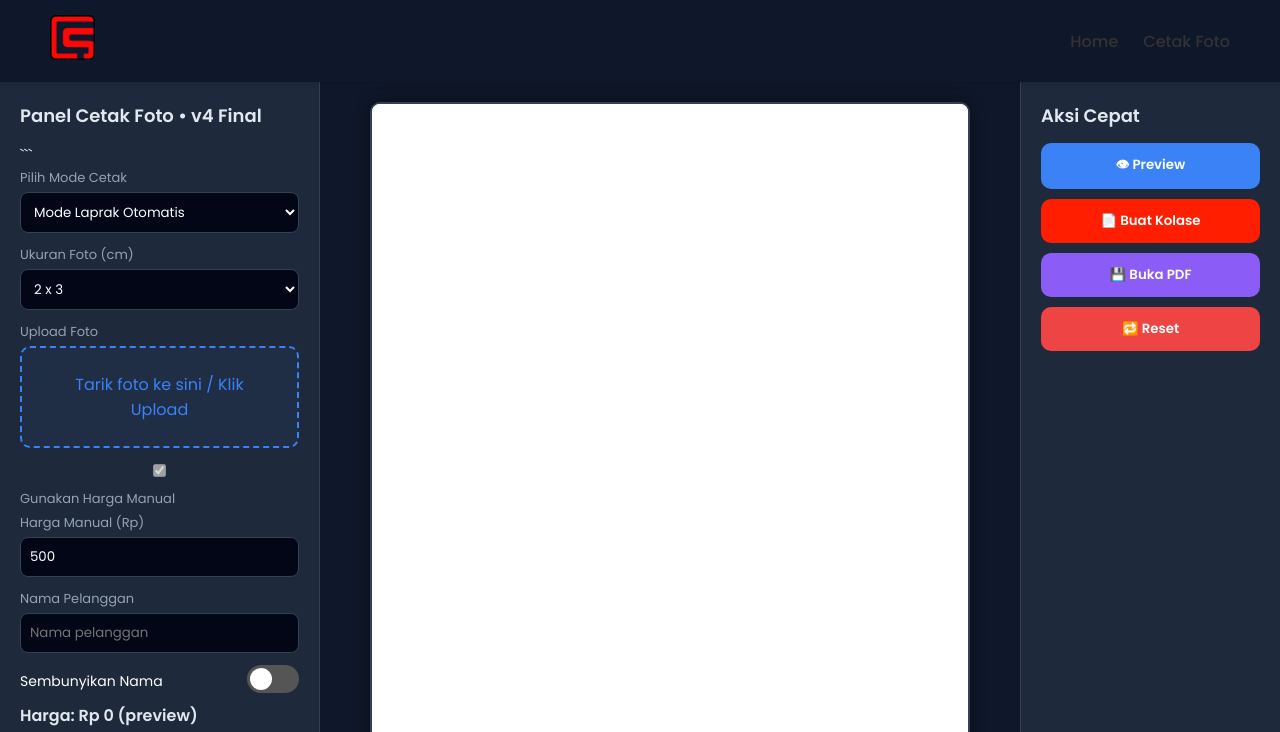
Repository: procinema22/hiisedulurfc
Page: cetakfoto.html
The author's editor kept a copy of each file at every save. The page is drawn from the files as they stood at one save, then again after the next save.
The browser window is 1280 px wide. The pictures show the whole page.
An inner scrolling area shows only its first screen.

Above is the page before, as saved 2026-04-27 22:15:14.

### cetakfoto.html
<!DOCTYPE html>

<html lang="id">
<head>
<meta charset="UTF-8">
<meta name="viewport" content="width=device-width, initial-scale=1.0">
<title>SEDULUR FOTO COPY – Cetak Foto</title>
<link rel="icon" type="image/png" href="img/loggo/sdlr.png">
<link href="https://fonts.googleapis.com/css2?family=Poppins:wght@400;500;600;700&display=swap" rel="stylesheet">
<link rel="stylesheet" href="css/cetak.css">
<script src="https://cdn.jsdelivr.net/npm/exif-js"></script>
<script src="https://cdnjs.cloudflare.com/ajax/libs/jspdf/2.5.1/jspdf.umd.min.js"></script>
</head>
<body>
<header>
  <div class="logo"><a href="index.html"><img src="img/loggo/sdlr.png" alt="Sedulur Foto Copy"></a></div>
  <nav>
    <ul>
      <li><a href="index.html">Home</a></li>
      <li><a href="cetakfoto.html" class="active">Cetak Foto</a></li>
    </ul>
  </nav>
</header>
<div class="layout">
  <aside class="left-panel">
    <h2 class="section-title">Panel Cetak Foto • v4 Final</h2>

```
<label>Pilih Mode Cetak</label>
<select id="modeSelect">
  <option value="normal">Mode Laprak Otomatis</option>
  <option value="perfoto">Mode Pas Foto</option>
  <option value="circle">Mode Lingkaran</option>
</select>

<div id="circleControls" style="display:none;">
  <label>Diameter Lingkaran (cm)</label>
  <input id="circleDiameter" type="number" value="4">
</div>

<label>Ukuran Foto (cm)</label>
<select id="sizeSelect">
  <option value="2x3">2 x 3</option>
  <option value="3x4">3 x 4</option>
  <option value="4x6">4 x 6</option>
  <option value="5x5">5 x 5</option>
  <option value="6x9">6 x 9</option>
  <option value="10x15">10 x 15</option>
  <option value="custom">Custom</option>
</select>

<div id="customSize" style="display:none; gap:10px;">
  <input id="customW" type="number" placeholder="Lebar (cm)">
  <input id="customH" type="number" placeholder="Tinggi (cm)">
</div>

<label>Upload Foto</label>
<div id="dropArea" class="drop-area">Tarik foto ke sini / Klik Upload</div>
<input id="upload" type="file" multiple accept="image/*" hidden>

<label class="inline-check"><input type="checkbox" id="manualHargaCheckbox"> Gunakan Harga Manual</label>

<div id="manualHargaBox" style="display:none;">
  <label>Harga Manual (Rp)</label>
  <input id="manualHargaInput" type="number" value="500" min="500" step="500">
</div>

<label>Nama Pelanggan</label>
<input id="userName" type="text" placeholder="Nama pelanggan">


<div class="switch-wrap">
  <span>Sembunyikan Nama</span>
  <label class="switch">
    <input type="checkbox" id="hideInfo">
    <span class="slider"></span>
  </label>
</div>

<div class="price" id="priceDisplay">Harga: Rp 0</div>
<div id="batchList"></div>

<div class="accordion">

  <button type="button" class="accordion-btn" onclick="toggleMargin()">
    Margin Kertas ▼
  </button>

  <div id="marginSection" class="accordion-content">

    <label>Margin Atas (mm)</label>
    <input id="marginTop" type="number" value="5">

    <label>Margin Bawah (mm)</label>
    <input id="marginBottom" type="number" value="5">

    <label>Margin Kiri (mm)</label>
    <input id="marginLeft" type="number" value="5">

    <label>Margin Kanan (mm)</label>
    <input id="marginRight" type="number" value="5">

    <label>Gap antar foto (px)</label>
    <input id="gap" type="number" value="5">

  </div>

</div>




<label class="inline-check"><input type="checkbox" checked disabled> Hubungi admin untuk menghilangkan watermark</label>
```

  </aside>

  <section class="center-panel">
    <canvas id="canvas" width="1240" height="1754"></canvas>
    <div class="page-nav" id="pageNav" style="display:none;">
      <button id="prevPage">⬅</button>
      <div id="pageIndicator">Halaman 1 / 1</div>
      <button id="nextPage">➡</button>
    </div>
  </section>

  <aside class="right-panel">
    <h2 class="section-title">Aksi Cepat</h2>
    <button id="previewBtn" class="btn blue">👁 Preview</button>
    <button id="generateBtn" class="btn green">📄 Buat Kolase</button>
    <button id="downloadPdf" class="btn purple">💾 Buka PDF</button>
    <button id="reset" class="btn red">🔁 Reset</button>
  </aside>
</div>
<div id="loadingOverlay"><div class="loader"></div><p>Memproses... tunggu sebentar ya</p></div>
<div id="toast"></div>
<script src="js/script.js"></script>
</body>
</html>

### css/cetak.css
/* ============ ROOT & GLOBAL ============ */
:root {
    --bg: #0f172a;
    --card: #1e293b;
    --border: #334155;
    --text: #e2e8f0;
    --muted: #94a3b8;
    --blue: #3b82f6;
    --green: #ff1e00;
    --purple: #8b5cf6;
    --red: #ef4444;
    --shadow: rgba(0,0,0,.4);
  }

  *{
    margin:0;
    padding:0;
    box-sizing:border-box;
    font-family:"Poppins",sans-serif;
  }

  body{
    background:var(--bg);
    color:var(--text);
    overflow-x:hidden;
  }

  /* ===============================
   NAVBAR
================================ */
header {
  display: flex;
  align-items: center;
  justify-content: space-between;
  padding: 15px 50px;
  background-color: var(--bg);

  box-shadow: 0 2px 5px rgba(0,0,0,0.1);
  position: sticky;
  top: 0;
  z-index: 100;
}

.logo {
  display: flex;
  align-items: center;
  gap: 10px;
}

.logo img {
  height: 45px;
  width: auto;
}

nav ul {
  list-style: none;
  display: flex;
  gap: 25px;
}

nav a {
  text-decoration: none;
  color: #333;
  font-weight: 500;
}

nav a:hover {
  color: #b70d0d;
}

.search-box {
  display: flex;
  border: 1px solid #ddd;
  border-radius: 25px;
  overflow: hidden;
  width: 260px;
}

.search-box input {
  border: none;
  padding: 8px 15px;
  width: 100%;
  outline: none;
}

.search-box button {
  background: #b70d0d;
  color: rgb(0, 0, 0);
  border: none;
  padding: 8px 15px;
  cursor: pointer;
}

  /* ============ LAYOUT ============ */
  .layout{
    display:grid;
    grid-template-columns:320px 1fr 260px;
    height:calc(100vh - 70px);
  }

  /* ============ LEFT PANEL ============ */
  .left-panel{
    background:var(--card);
    padding:20px;
    border-right:1px solid var(--border);
    overflow-y:auto;
  }

  .left-panel label{
    font-size:13px;
    color:var(--muted);
    margin-bottom:4px;
    display:block;
  }

  .left-panel input,
  .left-panel select{
    width:100%;
    padding:9px;
    border-radius:8px;
    border:1px solid var(--border);
    background:#020617;
    color:white;
    margin-bottom:12px;
  }

  .section-title{
    font-size:18px;
    font-weight:600;
    margin-bottom:14px;
  }

  /* DROP AREA */
  .drop-area{
    border:2px dashed var(--blue);
    padding:24px;
    text-align:center;
    border-radius:10px;
    color:var(--blue);
    background:rgba(59,130,246,.05);
    cursor:pointer;
    margin-bottom:15px;
  }

  .drop-area:hover{
    background:rgba(59,130,246,.15);
  }

  /* PRICE */
  .price{
    font-size:16px;
    font-weight:600;
    margin-top:6px;
  }

  /* ============ CENTER PANEL ============ */
  .center-panel{
    padding:20px;
    display:flex;
    flex-direction:column;
    align-items:center;
    overflow-y:auto;
  }

  canvas{
    width:100%;
    max-width:600px;
    background:white;
    border-radius:10px;
    border:2px solid var(--border);
    box-shadow:0 0 15px var(--shadow);
  }

  /* PAGE NAV */
  .page-nav{
    display:flex;
    gap:14px;
    margin-top:12px;
  }

  .page-nav button{
    padding:8px 14px;
    border:none;
    border-radius:8px;
    background:var(--blue);
    color:white;
    cursor:pointer;
  }

  /* ============ RIGHT PANEL ============ */
  .right-panel{
    background:var(--card);
    padding:20px;
    border-left:1px solid var(--border);
    overflow-y:auto;
  }

  .btn{
    width:100%;
    padding:12px;
    border:none;
    border-radius:10px;
    font-weight:600;
    cursor:pointer;
    margin-bottom:10px;
    color:white;
  }

  .blue{background:var(--blue)}
  .green{background:var(--green)}
  .purple{background:var(--purple)}
  .red{background:var(--red)}

  /* ============ LOADER & TOAST ============ */
  #loadingOverlay{
    position:fixed;
    inset:0;
    background:rgba(0,0,0,.7);
    display:none;
    flex-direction:column;
    justify-content:center;
    align-items:center;
    z-index:9999;
  }

  .loader{
    width:60px;
    height:60px;
    border-radius:50%;
    border:6px solid #fff;
    border-top:6px solid var(--blue);
    animation:spin 1s linear infinite;
  }

  @keyframes spin{
    to{transform:rotate(360deg)}
  }

  #toast{
    position:fixed;
    bottom:20px;
    right:20px;
    padding:12px 18px;
    background:var(--card);
    border-left:5px solid var(--blue);
    border-radius:10px;
    opacity:0;
    transition:.3s;
    z-index:10000;
  }

  #toast.show{
    opacity:1;
    transform:translateY(-6px);
  }

  /* ============ PRINT A4 MODE ============ */
  @media print{
    header,
    .left-panel,
    .right-panel,
    .page-nav,
    #toast,
    #loadingOverlay{
      display:none !important;
    }

    body{
      background:white;
      overflow:visible;
    }

    .layout{
      display:block;
      height:auto;
    }

    canvas{
      width:210mm !important;
      height:297mm !important;
      max-width:none;
      border:none;
      box-shadow:none;
      border-radius:0;
    }
  }

  @page{
    size:A4;
    margin:10mm;
  }
  .btn-logout {
    background: #e53935;
    color: #fff;
    border: none;
    padding: 8px 14px;
    border-radius: 6px;
    cursor: pointer;
    font-weight: 600;
  }

  .btn-logout:hover {
    background: #c62828;
  }
  .switch-wrap{
    display:flex;
    align-items:center;
    justify-content:space-between;
    gap:12px;
    color:#fff;
    font-size:14px;
  }

  .switch{
    position:relative;
    display:inline-block;
    width:52px;
    height:28px;
  }

  .switch input{
    opacity:0;
    width:0;
    height:0;
  }

  .slider{
    position:absolute;
    inset:0;
    background:#555;
    border-radius:50px;
    transition:.3s;
    cursor:pointer;
  }

  .slider:before{
    content:"";
    position:absolute;
    width:22px;
    height:22px;
    left:3px;
    top:3px;
    background:white;
    border-radius:50%;
    transition:.3s;
  }

  .switch input:checked + .slider{
    background:#22c55e;
  }

  .switch input:checked + .slider:before{
    transform:translateX(24px);
  }
  .panel-box{
    background: linear-gradient(180deg,#18253d,#101827);
    border:1px solid rgba(255,255,255,.08);
    border-radius:18px;
    padding:18px;
    box-shadow:0 12px 30px rgba(0,0,0,.25);
  }

  .panel-box h3{
    font-size:18px;
    font-weight:700;
    color:#fff;
    margin-bottom:16px;
  }

  .group{
    margin-bottom:18px;
  }

  .group label{
    display:block;
    font-size:13px;
    color:#9fb3d9;
    margin-bottom:8px;
    font-weight:500;
  }

  .group input,
  .group select{
    width:100%;
    height:48px;
    border:none;
    outline:none;
    border-radius:14px;
    background:#06101f;
    color:#fff;
    padding:0 14px;
    font-size:16px;
    transition:.25s;
  }

  .group input:focus,
  .group select:focus{
    box-shadow:0 0 0 2px #3b82f6;
    transform:translateY(-1px);
  }

  .price-box{
    background:linear-gradient(90deg,#2563eb,#1d4ed8);
    padding:14px;
    border-radius:14px;
    color:#fff;
    font-weight:700;
    font-size:22px;
    text-align:center;
    margin:14px 0;
  }

  .divider{
    height:1px;
    background:rgba(255,255,255,.07);
    margin:18px 0;
  }
  .accordion-btn{
    width:100%;
    height:46px;
    border:none;
    border-radius:14px;
    background:#111827;
    color:#fff;
    font-weight:700;
    cursor:pointer;
    margin-top:14px;
  }

  .accordion-content{
    display:none;
    padding-top:12px;
  }

  .accordion-content.show{
    display:block;
  }

Loaded but not shown: js/script.js (1148 lines, source omitted)

After the next save:
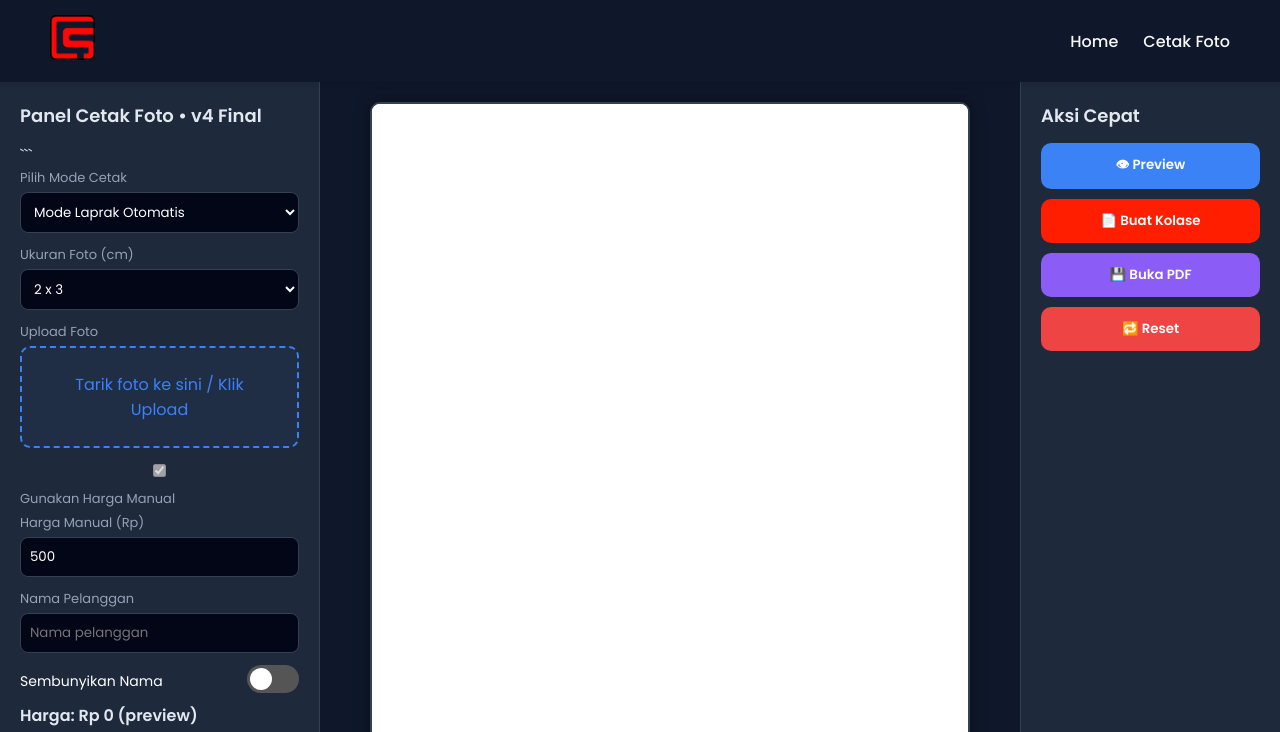
Saved 79 s later.
--- a/css/cetak.css
+++ b/css/cetak.css
@@ -34,7 +34,6 @@ header {
   justify-content: space-between;
   padding: 15px 50px;
   background-color: var(--bg);
-
   box-shadow: 0 2px 5px rgba(0,0,0,0.1);
   position: sticky;
   top: 0;
@@ -60,7 +59,7 @@ nav ul {
 
 nav a {
   text-decoration: none;
-  color: #333;
+  color: #f7f7f7;
   font-weight: 500;
 }
 
